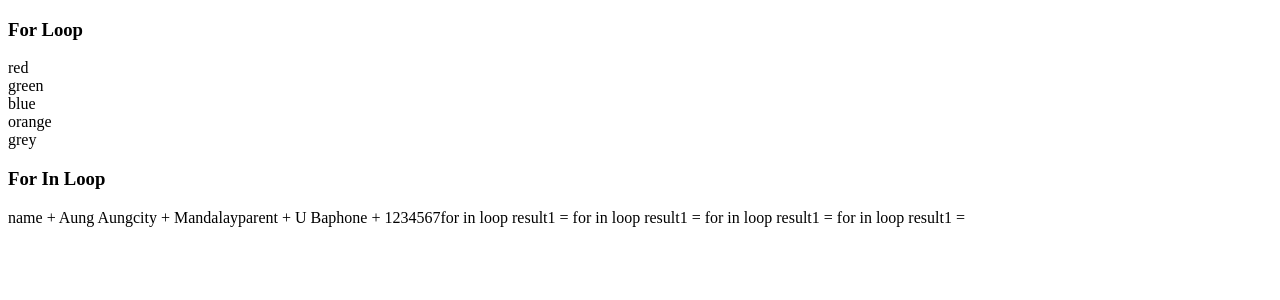
Repository: hsumyatm7308/es6batch1
Page: l3iteration.html
The author's editor kept a copy of each file at every save. The page is drawn from the files as they stood at one save, then again after the next save.
The browser window is 1280 px wide. The pictures show the whole page.

Above is the page before, as saved 2023-12-03 21:19:05.

### l3iteration.html
<!DOCTYPE html>
<html lang="en">

<head>
    <meta charset="UTF-8">
    <meta name="viewport" content="width=device-width, initial-scale=1.0">
    <title>Iteration</title>
</head>

<body>

    <script type="text/javascript">
        // =>Array Call Back Method

        // forEach
        // map
        // filter
        // find
        // reduce
        // some
        // every

        // for(let x =0; x < array.length; x++){
        //     code to be executed
        // }

        // for (let key in obj){
        //     code to be executed
        // }

        // for (let value of array) {
        //  code to be executed
        // }

        document.write("<h3>For Loop</h3>")

        let mycolors = ["red","green","blue","orange","grey"];

        for (let x =0; x < mycolors.length; x++){
            document.write(mycolors[x]+"<br>");
        }


        document.write("<h3>For In Loop</h3>")

        let customers = {
            name:"Aung Aung",
            city:"Mandalay",
            parent:"U Ba",
            phone:"1234567"
        };

        for ( let key in customers){
            console.log(key);
            console.log(customers.key) //undefined
            document.write(`${key} + ${customers[key]}`)
        }

        const ourteam = ["kayw kyaw","aung aung","maung maung","kaung kaung"];
        for(idx in ourteam){
            document.write("for in loop result1 = ")
        }
    </script>

</body>

</html>

After the next save:
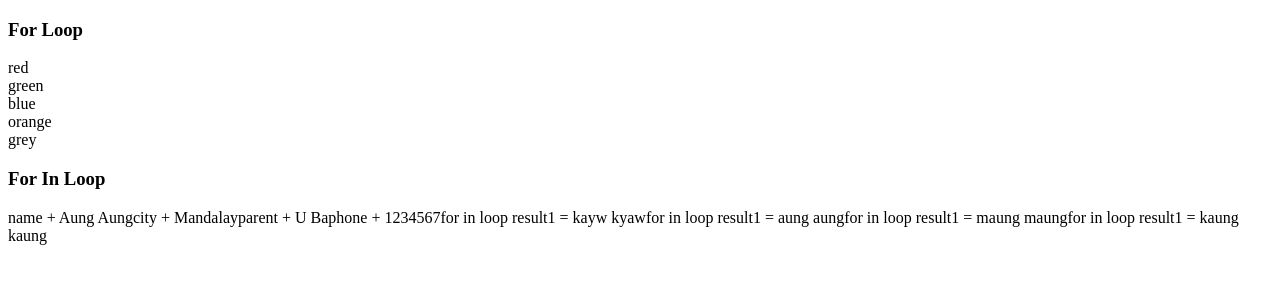
Saved 14 s later.
--- a/l3iteration.html
+++ b/l3iteration.html
@@ -58,7 +58,7 @@
 
         const ourteam = ["kayw kyaw","aung aung","maung maung","kaung kaung"];
         for(idx in ourteam){
-            document.write("for in loop result1 = ")
+            document.write("for in loop result1 = "+ ourteam[idx])
         }
     </script>
 
